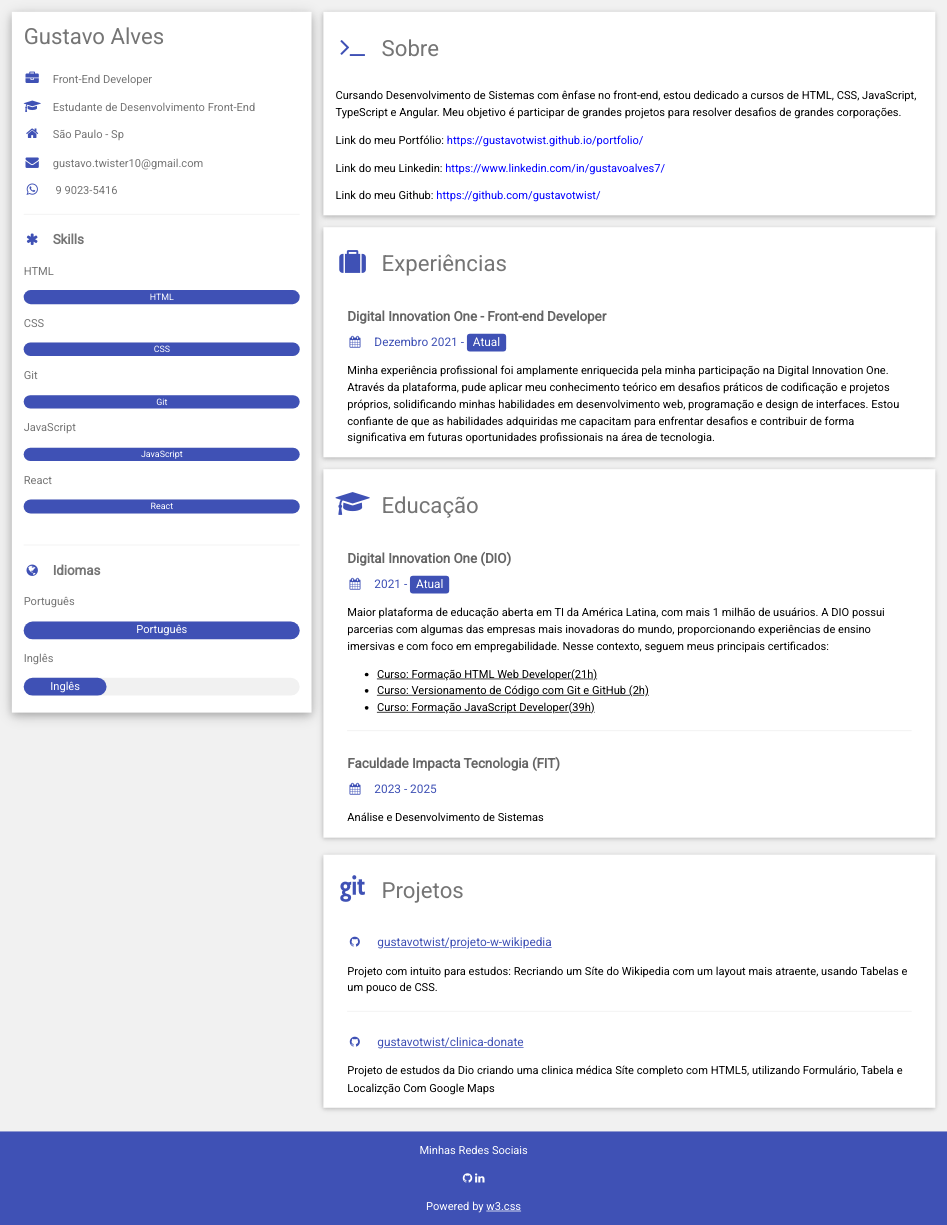
Repository: gustavotwist/cv
Page: index.html
An editor plug-in stored every save of this project. The page is shown before and after a run of saves, followed by the edit.
The browser window is 1280 px wide. The pictures show the whole page, at 74% of full size.

Above is the page before, as saved 2025-03-09 11:21:24.

After the next 2 saves:
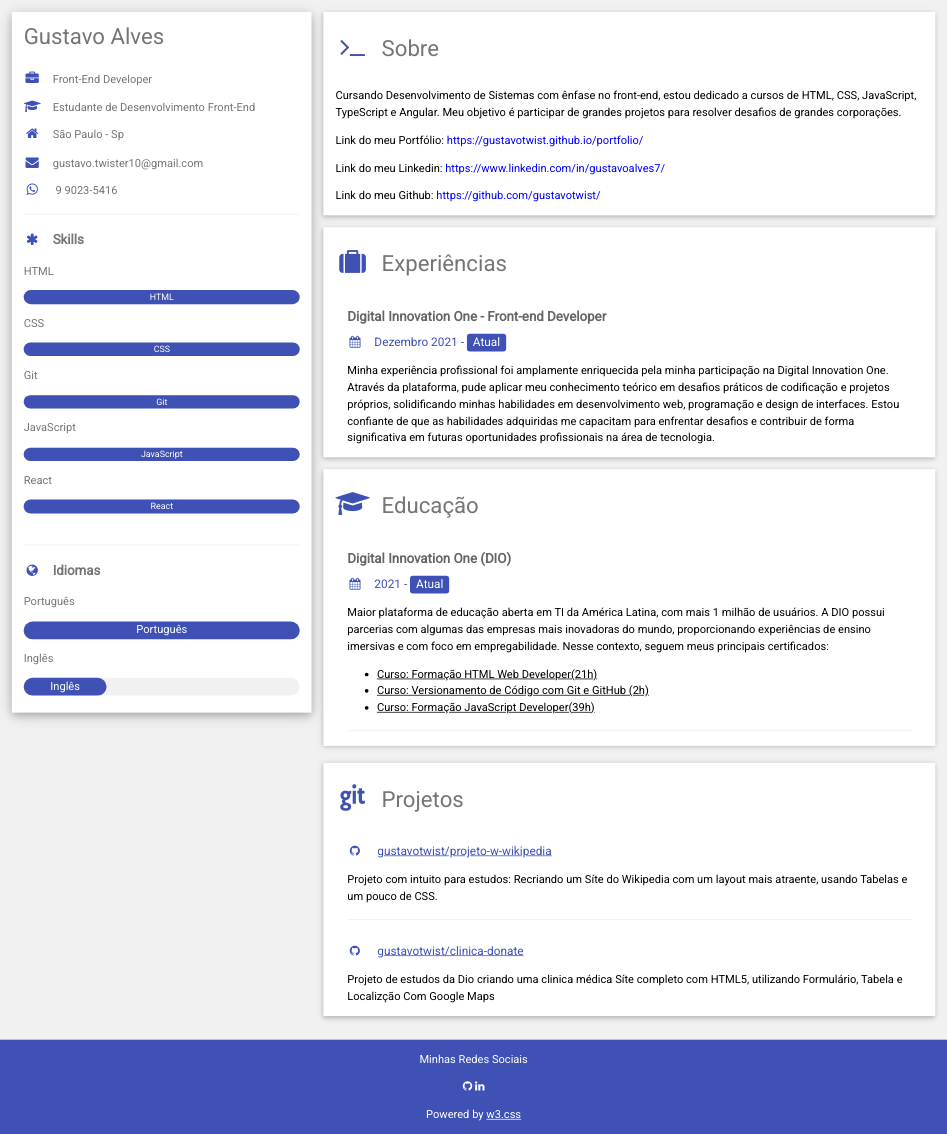
The 2 saves are shown as one change because they came seconds apart.
The last was saved 3 min 39 s later.
--- a/index.html
+++ b/index.html
@@ -130,11 +130,6 @@
               </ul>
               <hr>
             </div>
-            <div class="w3-container">
-              <h5 class="w3-opacity"><b>Faculdade Impacta Tecnologia (FIT)</b></h5>
-              <h6 class="w3-text-indigo"><i class="fa fa-calendar fa-fw w3-margin-right"></i>2023 - 2025</h6>
-              <p>Análise e Desenvolvimento de Sistemas</p>
-            </div>
           </div><br>
           <div class="w3-container w3-card w3-white w3-margin-bottom">
             <h2 class="w3-text-grey w3-padding-16">
